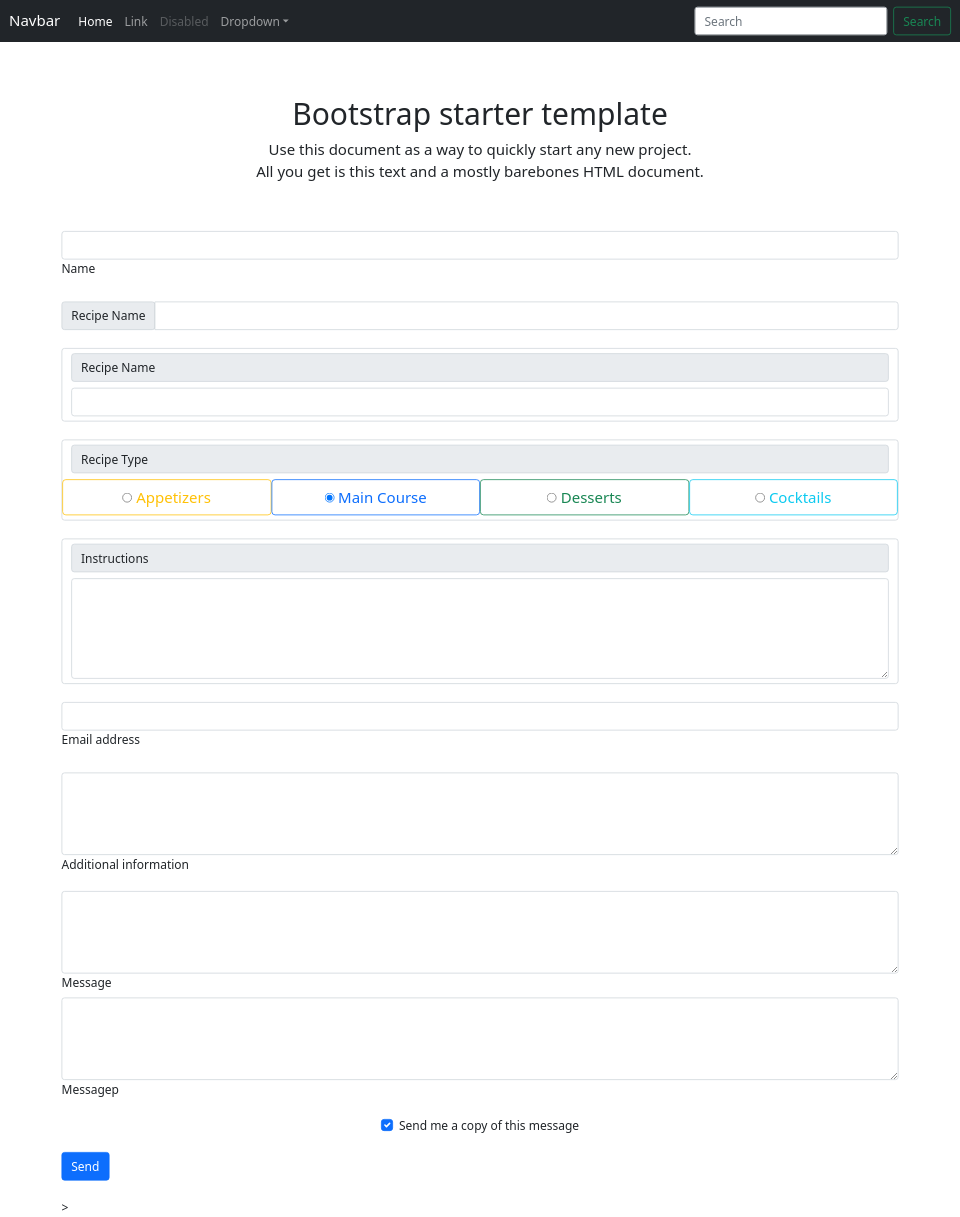
Repository: jerrywthompson/createRecipeWebpageHTML
Page: index.html
These files come from the project's save history. The page is drawn as it stood at one moment and after the next save; the edit follows.
The browser window is 1280 px wide. The pictures show the whole page, at 75% of full size.

Above is the page before, as saved 2021-02-23 23:09:45.

After the next save:
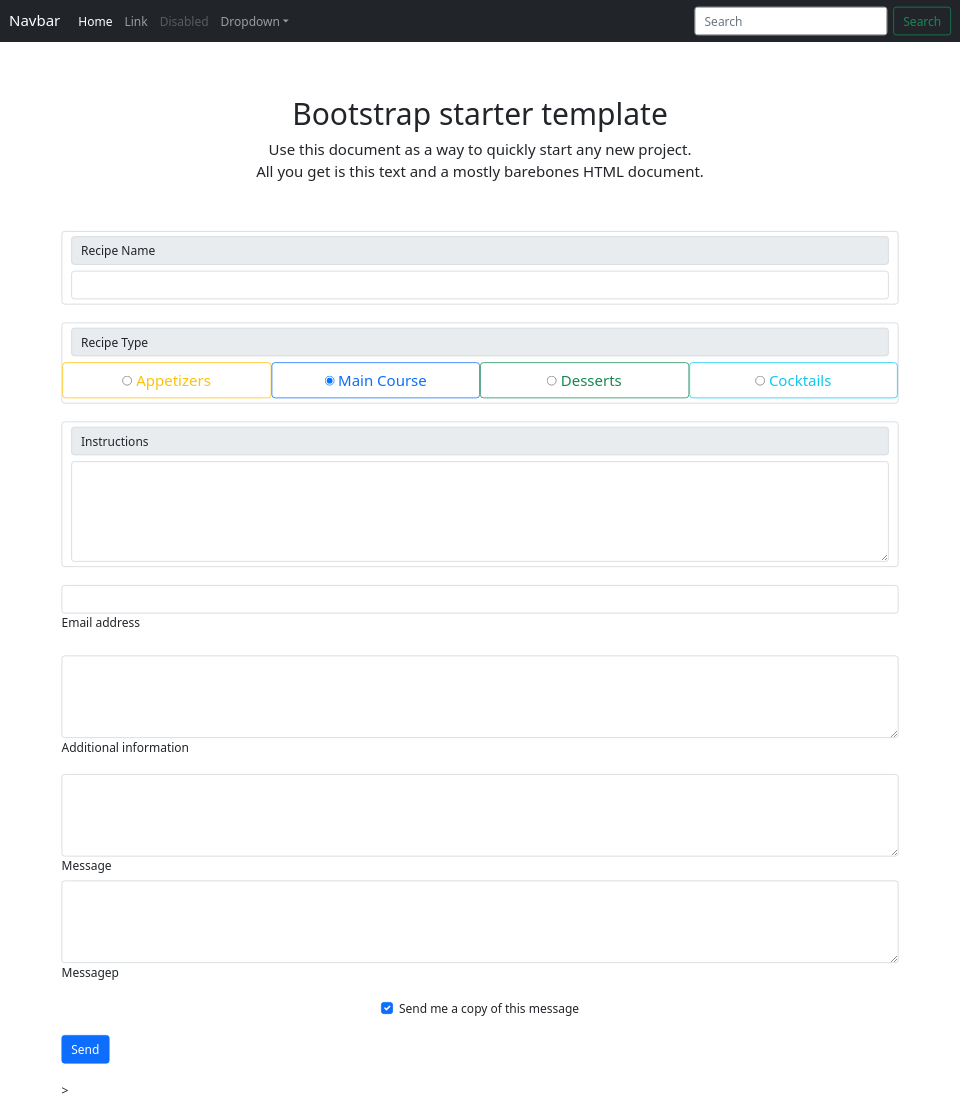
Saved 2 min 14 s later.
--- a/index.html
+++ b/index.html
@@ -83,19 +83,6 @@
                 <fieldset class="form-group">
 
                     <form action="test.php" method="post">
-                        <!-- Name input -->
-                        <div class="form-outline mb-4">
-                            <input type="text" name="recipeName" id="form4Example1" class="form-control" />
-                            <label class="form-label" for="form4Example1">Name</label>
-                        </div>
-
-                        <div class="input-group mb-4">
-                            <div class="input-group-prepend">
-                                <span class="input-group-text" id="inputGroup-sizing-default">Recipe Name</span>
-                            </div>
-                            <input type="text" name="notes" class="form-control" aria-label="Default" aria-describedby="inputGroup-sizing-default">
-                        </div>
-
                         <div class="form-control mb-4">
                             <div class="input-group-prepend mb-2">
                                 <span class="input-group-text" id="inputGroup-sizing-default">Recipe Name</span>
@@ -105,7 +92,7 @@
 
                         <div class="form-control mb-4">
                             <div class="input-group-prepend mb-2">
-                                <span class="input-group-text" id="inputGroup-sizing-default">Recipe Type</span>
+                                <span class="input-group-text">Recipe Type</span>
                             </div>
                             <div class="btn-toolbar row ml-2">
                                 <label class="btn btn-outline-warning btn-lg col-lg-3">
